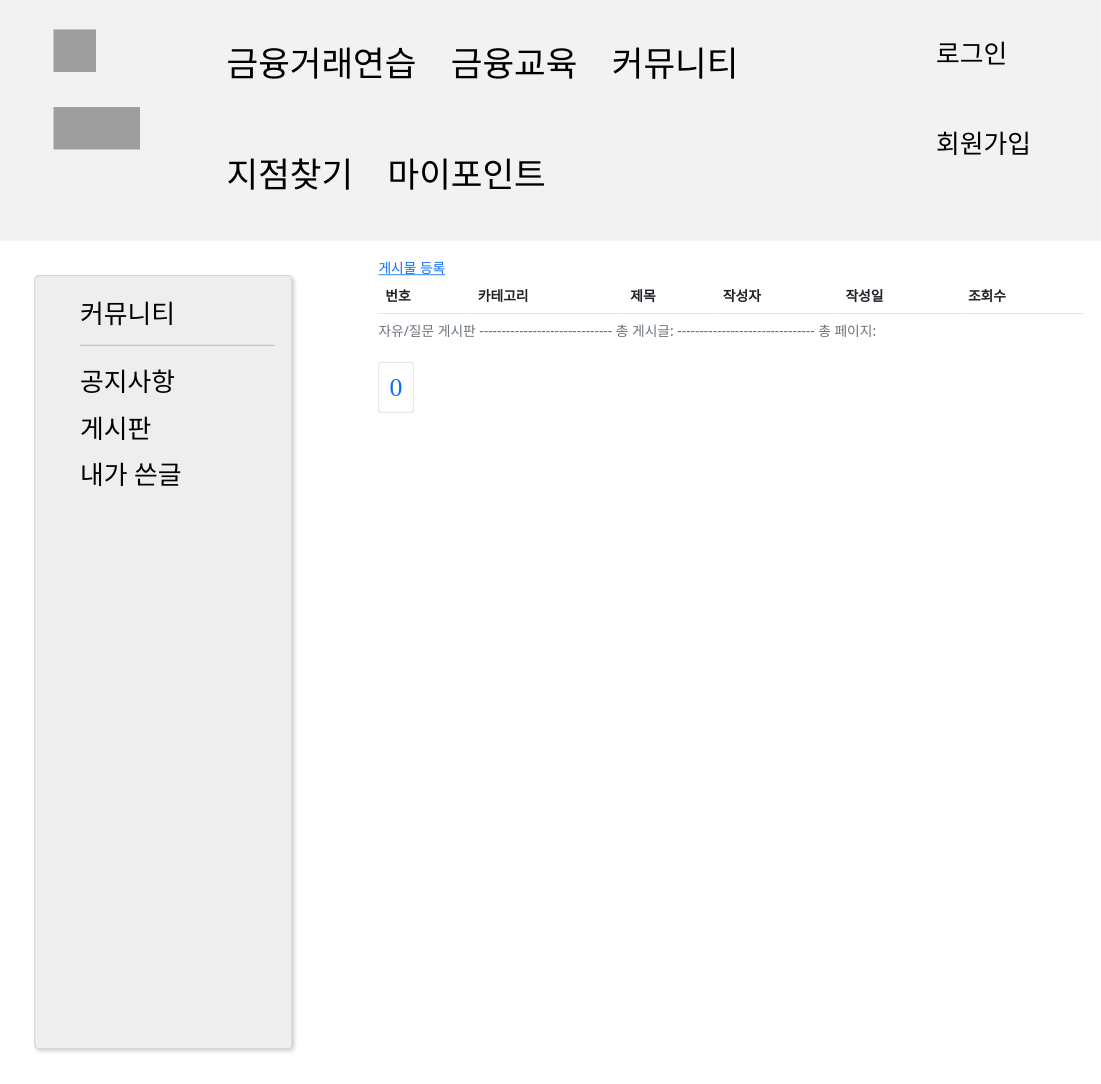
Repository: syc98syc/KB04_TeamProject
Page: http://localhost/jgig/WEB-INF/jsp/board/list.jsp
The author's editor kept a copy of each file at every save. The page is drawn from the files as they stood at one save, then again after the next save.
The browser window is 1280 px wide. The pictures show the whole page, at 86% of full size.
Pictures or frames that could not be fetched are drawn as grey boxes. Some web fonts or font styles are not loaded; a fallback is used. The page is served by Tomcat 9. Nobody is signed in. Other server files are loaded and not shown. The template is opened directly, without the code that normally fills it, so the values that code supplies are empty.

Above is the page before, as saved 2023-09-08 04:49:24.

### jgig/src/main/webapp/WEB-INF/jsp/board/list.jsp
<%@ page language="java" contentType="text/html; charset=UTF-8"
    pageEncoding="UTF-8"%>
<%@ taglib uri="http://java.sun.com/jsp/jstl/core" prefix="c" %>
<!DOCTYPE html>
<html>
<head>
<link href="https://cdn.jsdelivr.net/npm/bootstrap@5.0.2/dist/css/bootstrap.min.css" rel="stylesheet" integrity="sha384-EVSTQN3/azprG1Anm3QDgpJLIm9Nao0Yz1ztcQTwFspd3yD65VohhpuuCOmLASjC" crossorigin="anonymous">
<meta charset="UTF-8">
<title>웹게시물 목록</title>
<style>
#content {
 	margin-left: 420px; /* 사이드바 너비 + 여백만큼 오른쪽으로 밀어줍니다. */
    flex-grow: 1; /* 남은 공간을 모두 차지하도록 설정 */
    background-color: #fff; /* 배경색 설정 */
    padding: 20px; /* 내부 여백 설정 */
}
</style>
</head>
<body>
<%@ include file="../include/top_navbar.jsp" %>
<%@ include file="../include/left_navbar.jsp" %>
<div id="content">
	<a href="/jgig/board_insert_form">게시물 등록</a> <br>
	<table class="table table-hover">
	<caption>자유/질문 게시판 ------------------------------ 총 게시글: ${requestScope.total } ------------------------------- 총 페이지: ${criteria.totalPage }</caption>
		<tr>
		<th>번호</th>
		<th>카테고리</th>
		<th>제목</th>
		<th>작성자</th>
		<th>작성일</th>
		<th>조회수</th>
		<c:forEach items="${board_list}" var="brd">
		<tr>
			<td>${brd.brd_id }</td>
			<td>${brd.brd_category }</td>
			<td><a href="board_detail?no=${brd.brd_id}">${brd.title}</a></td>
			<td>${brd.mem_id }</td>
			<td>${brd.brd_date_created }</td>
			<td>${brd.brd_view }</td>
		</tr>
		</c:forEach>
	</table>
	<nav aria-label="Page navigation example">
  <ul class="pagination">
  <c:if test="${criteria.prev}">
    <li class="page-item"><a class="page-link" href="board_list?pageNum=${criteria.pageNum-1 }">이전</a></li>
  </c:if>
  <c:forEach begin="${criteria.beginPage}" end="${criteria.endPage}" var="idx">
 				 <li class="page-item"><a class="page-link" href="board_list?pageNum=${idx}"> ${idx} </a></li>
			</c:forEach>
    <c:if test="${criteria.next}">
    <li class="page-item"><a class="page-link" href="board_list?pageNum=${criteria.pageNum+1 }">다음</a></li>
	</c:if>
  </ul>
</nav>
</div>
</body>
</html>

### jgig/src/main/webapp/WEB-INF/jsp/include/top_navbar.jsp
<%@ page language="java" contentType="text/html; charset=UTF-8"
    pageEncoding="UTF-8"%>
<!DOCTYPE html>
<html>
<head>
<meta charset="UTF-8">
<title>Insert title here</title>
<style>
@import url('https://fonts.googleapis.com/css2?family=Nanum+Gothic+Coding:wght@700&display=swap');  /* 글꼴 */

/* 상단 메뉴 스타일 */
        #top-menu {
            background-color: #F2F2F2;
            color: #fff;
            padding: 10px;
            width: 100%;
             display: flex;
  justify-content: center;
        }


    #img1 {
		width: 7vmin;
		height: 7vmin;
	}


	#img2 {
		width: 14vmin;
		height: 7vmin;
	}

	#top-menu a {
    color: #000; /* 링크 글꼴 색상 설정 */
    text-decoration: none; /* 링크 밑줄 제거 */
}

	#top-menu ul{
		list-style: none;
	}
	#top-menu li{
		font-family: 'Nanum Gothic Coding', cursive;
		float: left;
		background: #F2F2F2;
		padding:5px 10px;
		font-size: 40px;
		margin: 10px;
	}

	#top-menu ul li a{
		line-height: 2.5;
	}

	#nav3 ul li{
		font-size:30px;
	}
</style>
</head>
<body>
	<div id = "top-menu">
		<nav id = "nav1">
				<ul>
					<li><img id="img1" src="../resources/img/KB.png"></li>
					<li><img id="img2" src="../resources/img/지금입금.png"></li>
				</ul>
		</nav id = "nav2">
		<nav>
				<ul>
					<li class="menu1"><a href="#">금융거래연습</a></li>
					<li class="menu2"><a href="#">금융교육</a></li>
					<li class="menu3"><a href="#">커뮤니티</a></li>
					<li class="menu4"><a href="#">지점찾기</a></li>
					<li class="menu5"><a href="#">마이포인트</a></li>
				</ul>
		</nav>
		<nav id = "nav3">
				<ul>
					<li class="menu6"><a href="#">로그인</a></li>
					<li class="menu7"><a href="#">회원가입</a></li>
				</ul>
		</nav>
	</div>

</body>
</html>

### jgig/src/main/webapp/WEB-INF/jsp/include/left_navbar.jsp
<%@ page language="java" contentType="text/html; charset=UTF-8"
    pageEncoding="UTF-8"%>
<!DOCTYPE html>
<html>
<head>
<meta charset="UTF-8">
<title>Insert title here</title>
<style>

@import url('https://fonts.googleapis.com/css2?family=Nanum+Gothic+Coding:wght@700&display=swap');  /* 글꼴 */
/* 좌측 사이드바 스타일 */
#sidebar {
    width: 300px; /* 박스 컨테이너의 너비 설정 */
    height: 900px; /* 박스 컨테이너의 높이 설정 */
    background-color: #eee; /* 배경색 설정 */
    color: #000; /* 글꼴 색상 설정 */
    padding: 20px; /* 내부 여백 설정 */
    border: 1px solid #ccc; /* 박스 컨테이너의 테두리 설정 */
    border-radius: 5px; /* 박스 컨테이너의 모서리를 둥글게 설정 */
    box-shadow: 2px 2px 5px rgba(0, 0, 0, 0.2); /* 그림자 효과 추가 */
    line-height: normal;
    display: inline-block;
    vertical-align: middle;
    margin: 40px;
    float: left; /*왼쪽에 떠있게*/
}

/* 좌측 사이드바 링크 스타일 */
#sidebar a {
    color: #000; /* 링크 글꼴 색상 설정 */
    text-decoration: none; /* 링크 밑줄 제거 */
}

/* 좌측 사이드바 링크 호버 스타일 */
#sidebar a:hover {
    text-decoration: underline; /* 호버 상태에서 밑줄 추가 */
}

/* 좌측 사이드바 제목 스타일 */
#sidebar
	ul{
		list-style: none;
	}
	li{
		font-family: 'Nanum Gothic Coding', cursive;
		display: block; /* 각 <li> 요소를 한 줄에 하나씩 표시 */
		background: #eee;
		font-size: 30px;
	}

	#sidebar ul li a{
		line-height: 1.8;
	}

</style>
</head>
<body>
	<div id = "sidebar">
		<nav>
				<ul>
					<li>커뮤니티</li> <hr>
					<li class="menu1"><a href="#">공지사항</a></li>
					<li class="menu2"><a href="#">게시판</a></li>
					<li class="menu3"><a href="#">내가 쓴글</a></li>
				</ul>
		</nav>
	</div>

</body>
</html>

After the next save:
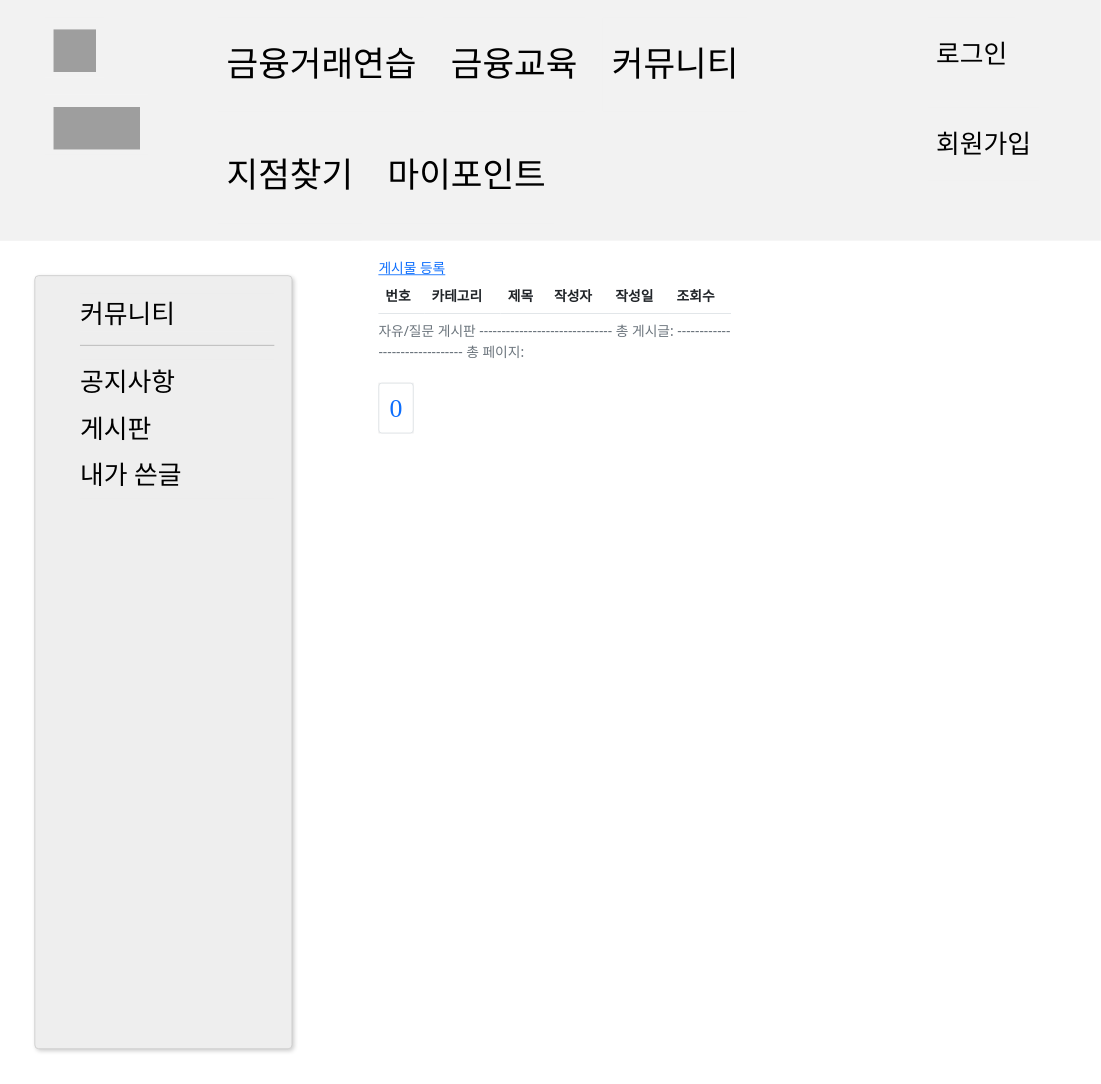
Saved 83 s later.
--- a/jgig/src/main/webapp/WEB-INF/jsp/board/list.jsp
+++ b/jgig/src/main/webapp/WEB-INF/jsp/board/list.jsp
@@ -21,7 +21,7 @@
 <%@ include file="../include/left_navbar.jsp" %>
 <div id="content">
 	<a href="/jgig/board_insert_form">게시물 등록</a> <br>
-	<table class="table table-hover">
+	<table class="table table-hover" style="width: 50%;">
 	<caption>자유/질문 게시판 ------------------------------ 총 게시글: ${requestScope.total } ------------------------------- 총 페이지: ${criteria.totalPage }</caption>
 		<tr>
 		<th>번호</th>
